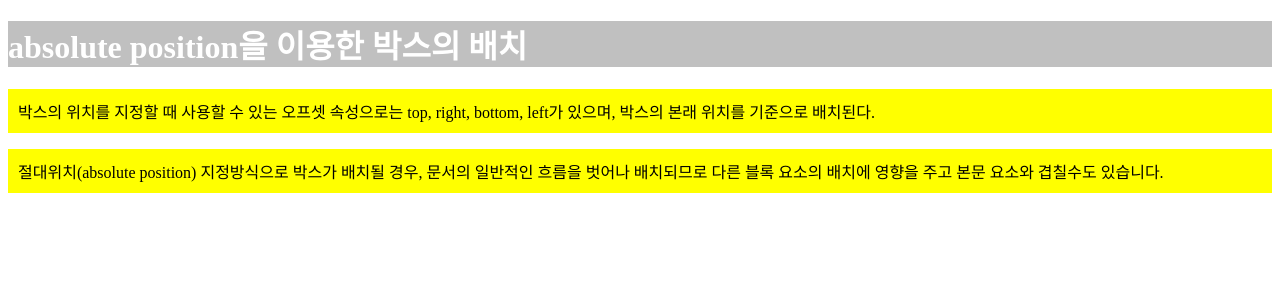
Repository: cussip/SuperHands
Page: WebExam/src/main/webapp/css/box_model/position_absolute.html
An editor plug-in stored every save of this project. The page is shown before and after the next save, followed by the edit.
The browser window is 1280 px wide. The pictures show the whole page.

Above is the page before, as saved 2022-02-01 01:03:15.

### WebExam/src/main/webapp/css/box_model/position_absolute.html
<!DOCTYPE html>
<html>
<head>
	<meta charset="UTF-8">
	<title>position_absolute.html</title>
	<style>
		h1 {
			background: silver;
			color: white;
		}
		p {
			background: yellow;
			padding: 10px;
		}
	</style>
</head>
<body>
	<h1>absolute position을 이용한 박스의 배치</h1>
	<p class="rel">
		박스의 위치를 지정할 때 사용할 수 있는 오프셋 속성으로는
		top, right, bottom, left가 있으며, 박스의 본래 위치를 기준으로 배치된다.
	</p>
	<p>
		절대위치(absolute position) 지정방식으로 박스가 배치될 경우, 문서의 일반적인 흐름을
		벗어나 배치되므로 다른 블록 요소의 배치에 영향을 주고 본문 요소와 겹칠수도 있습니다.
	</p>
</body>
</html>

After the next save:
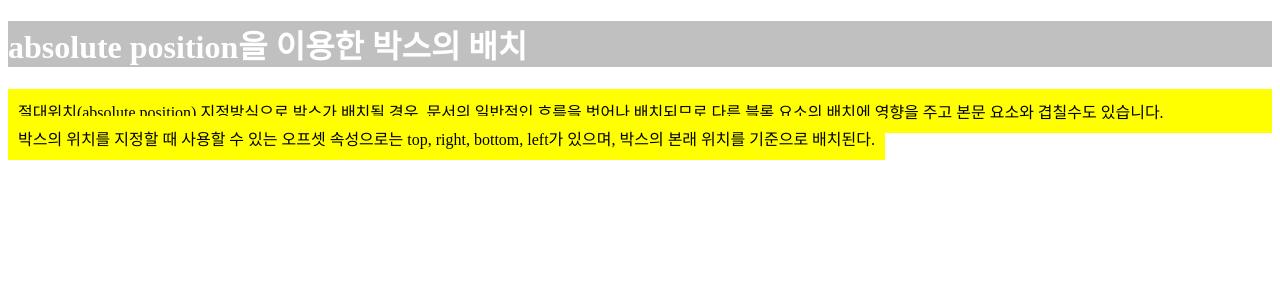
Saved 65 s later.
--- a/WebExam/src/main/webapp/css/box_model/position_absolute.html
+++ b/WebExam/src/main/webapp/css/box_model/position_absolute.html
@@ -12,11 +12,16 @@
 			background: yellow;
 			padding: 10px;
 		}
+		.abs {
+			position: absolute;
+			top: 100px;
+
+		}
 	</style>
 </head>
 <body>
 	<h1>absolute position을 이용한 박스의 배치</h1>
-	<p class="rel">
+	<p class="abs">
 		박스의 위치를 지정할 때 사용할 수 있는 오프셋 속성으로는
 		top, right, bottom, left가 있으며, 박스의 본래 위치를 기준으로 배치된다.
 	</p>
